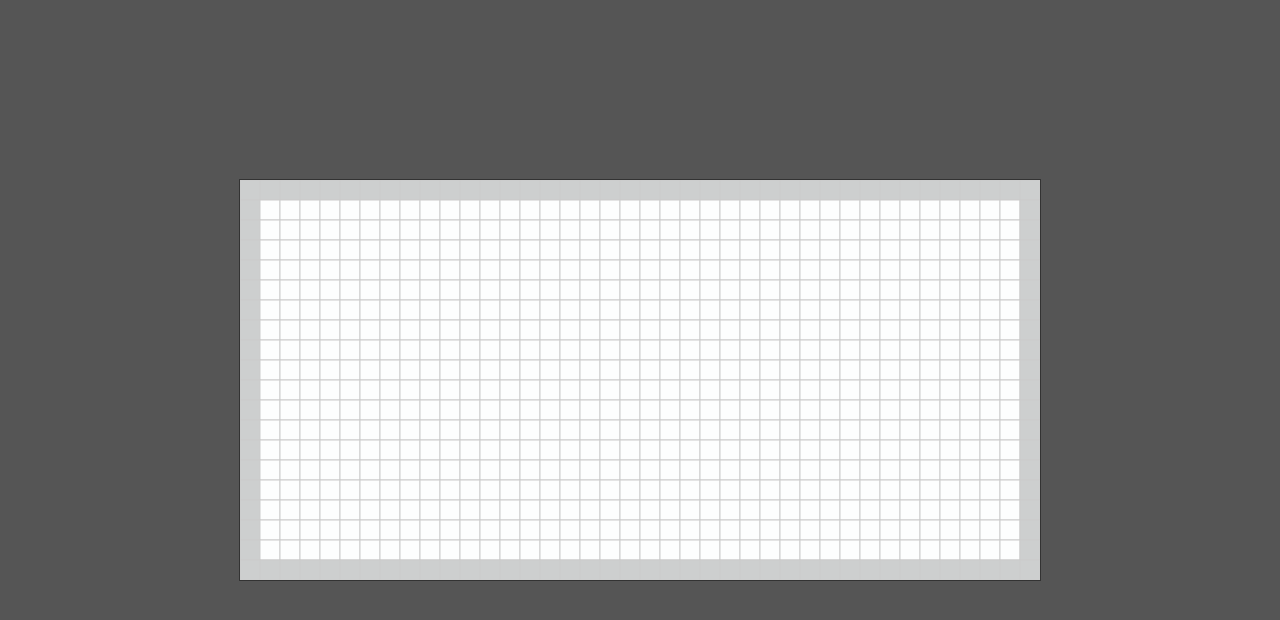
Repository: newstar456/Snake-Game
Page: /
An editor plug-in stored every save of this project. The page is shown before and after the next save, followed by the edit.
The browser window is 1280 px wide. The pictures show the whole page.
The project was rebuilt for these pictures with package versions that can differ from the ones it lists, and the page was loaded fresh each time. The framework's server and built-in components were replaced by stand-ins that run in the browser. Also part of the build but not shown: next.config.ts.

Above is the page before, as saved 2025-06-04 20:57:04.

### src/app/page.tsx
import GameBoard from '@components/GameBoard';

export default function Home() {
  return (
    <main className="min-h-screen flex items-center justify-center">
      <GameBoard />
    </main>
  );
}

### src/components/GameBoard.tsx
'use client'

import { useEffect, useRef } from 'react';
import GameField from '@lib/GameField';

const GameBoard = () => {
  const canvasRef = useRef<HTMLCanvasElement>(null);

  useEffect(() => {
    const canvas = canvasRef.current;
    if (!canvas) return;

    const ctx = canvas.getContext("2d");
    if (!ctx) return;

    const field = new GameField();
    field.draw(ctx);
  }, []);

  return (
    <div className="flex justify-center mt-10">
      <canvas
        ref={canvasRef}
        width={800}
        height={400}
        style={{ border: "1px solid #333" }}
      />
    </div>
  );
};

export default GameBoard;

### src/lib/GameField.ts
import GameCell from './GameCell';

export default class GameField {
  cells: GameCell[][] = [];

  constructor() {
    this.initializeField();
  }

  initializeField() {
    for (let y = 0; y < 20; y++) {
      const row: GameCell[] = [];
      for (let x = 0; x < 40; x++) {
        const isBorder = x === 0 || y === 0 || x === 39 || y === 19;
        row.push(new GameCell(x * 20, y * 20, !isBorder));
      }
      this.cells.push(row);
    }
  }

  draw(context: CanvasRenderingContext2D) {
    this.cells.forEach(row => {
      row.forEach(cell => {
        cell.draw(context);
      });
    });
  }
}

### src/lib/GameCell.ts
export default class GameCell {
  x: number;
  y: number;
  isWalkable: boolean;

  constructor(x: number, y: number, isWalkable: boolean) {
    this.x = x;
    this.y = y;
    this.isWalkable = isWalkable;
  }

  draw(context: CanvasRenderingContext2D) {
    context.fillStyle = this.isWalkable ? "#FDFEFE" : "#CDCFCF";
    context.fillRect(this.x, this.y, 20, 20);
    context.strokeStyle = "#cccccc";
    context.strokeRect(this.x, this.y, 20, 20);
  }
}

Loaded but not shown: src/app/layout.tsx (common file); src/app/globals.css (common file); tailwind.config.ts (common file)

After the next save:
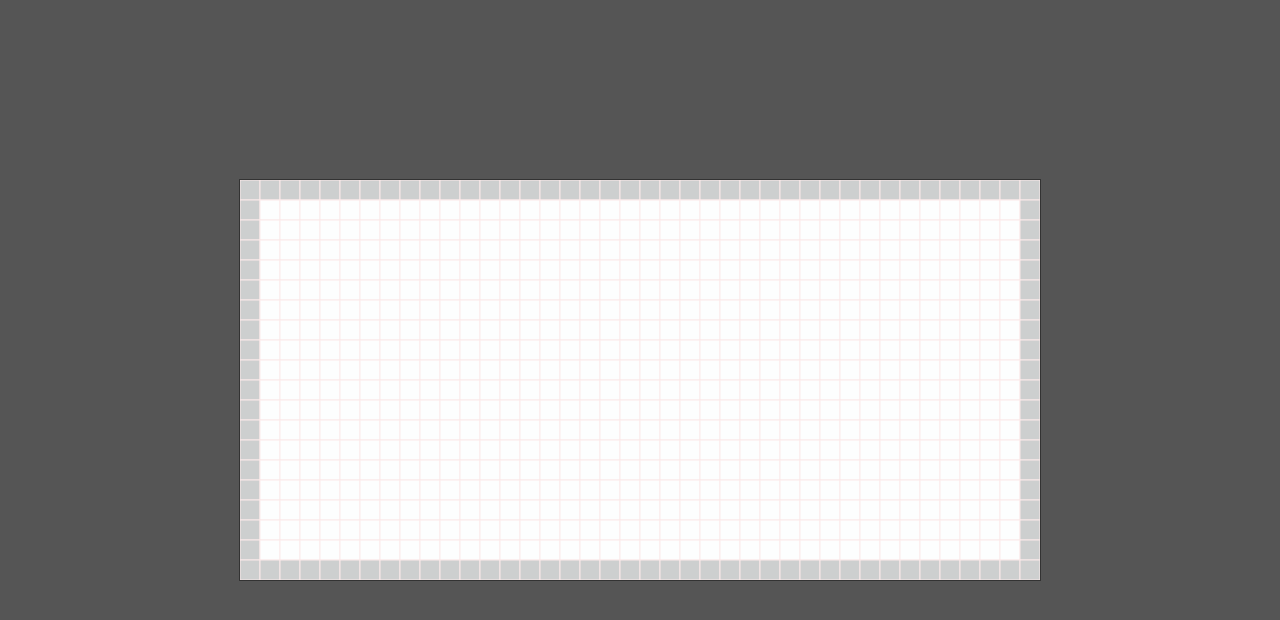
Saved 16 s later.
--- a/src/lib/GameCell.ts
+++ b/src/lib/GameCell.ts
@@ -12,7 +12,7 @@ export default class GameCell {
   draw(context: CanvasRenderingContext2D) {
     context.fillStyle = this.isWalkable ? "#FDFEFE" : "#CDCFCF";
     context.fillRect(this.x, this.y, 20, 20);
-    context.strokeStyle = "#cccccc";
+    context.strokeStyle = "#FBEAEA";
     context.strokeRect(this.x, this.y, 20, 20);
   }
 }
